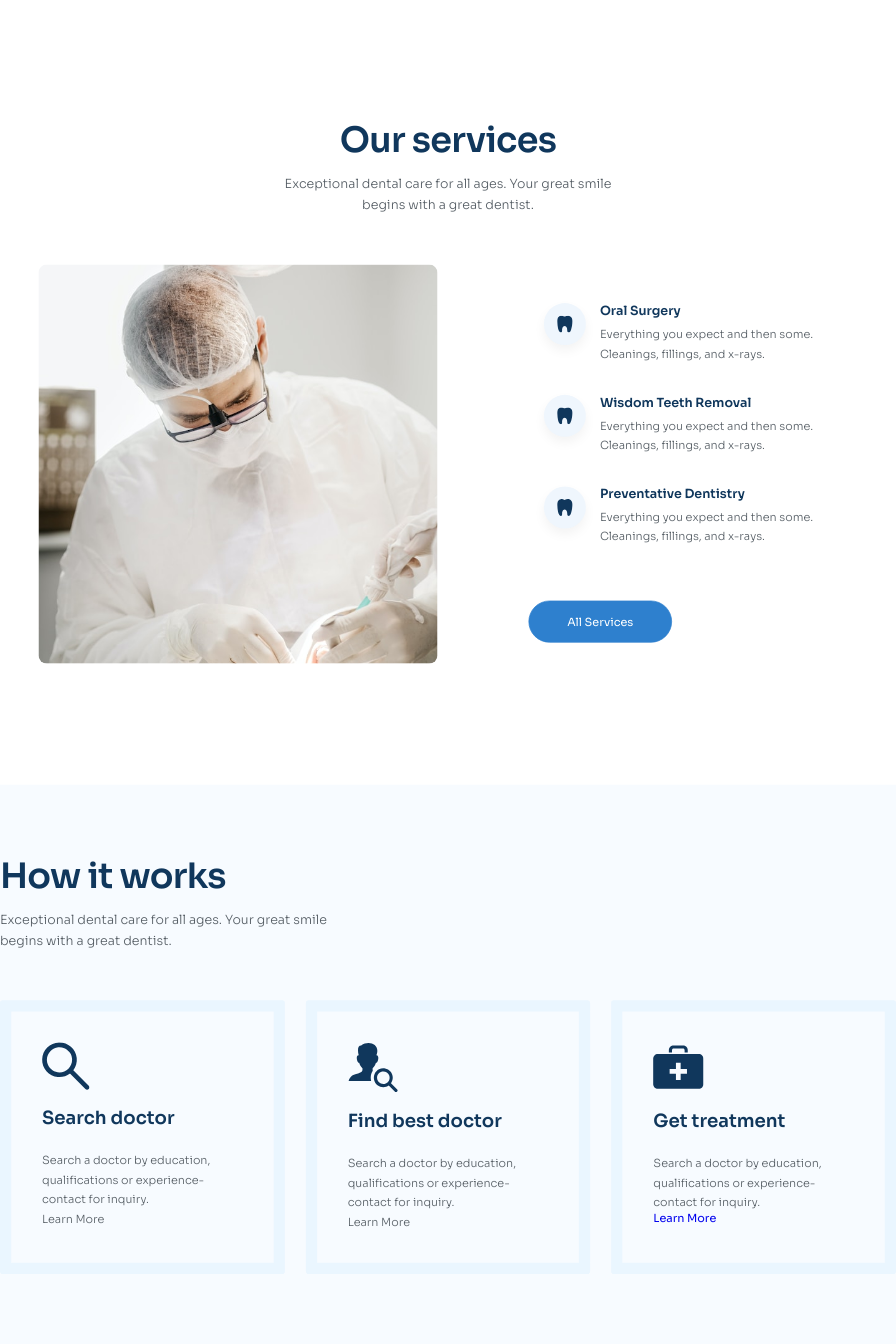
Repository: anhtien111198/f8-htmlcss-03
Page: index.html
The author's editor kept a copy of each file at every save. The page is drawn from the files as they stood at one save, then again after the next save.
The browser window is 1280 px wide. The pictures show the part of the page from y = 720 to 2640 px (the page is 2640 px tall), at 70% of full size.

Above is the page before, as saved 2023-05-13 14:34:40.

After the next save:
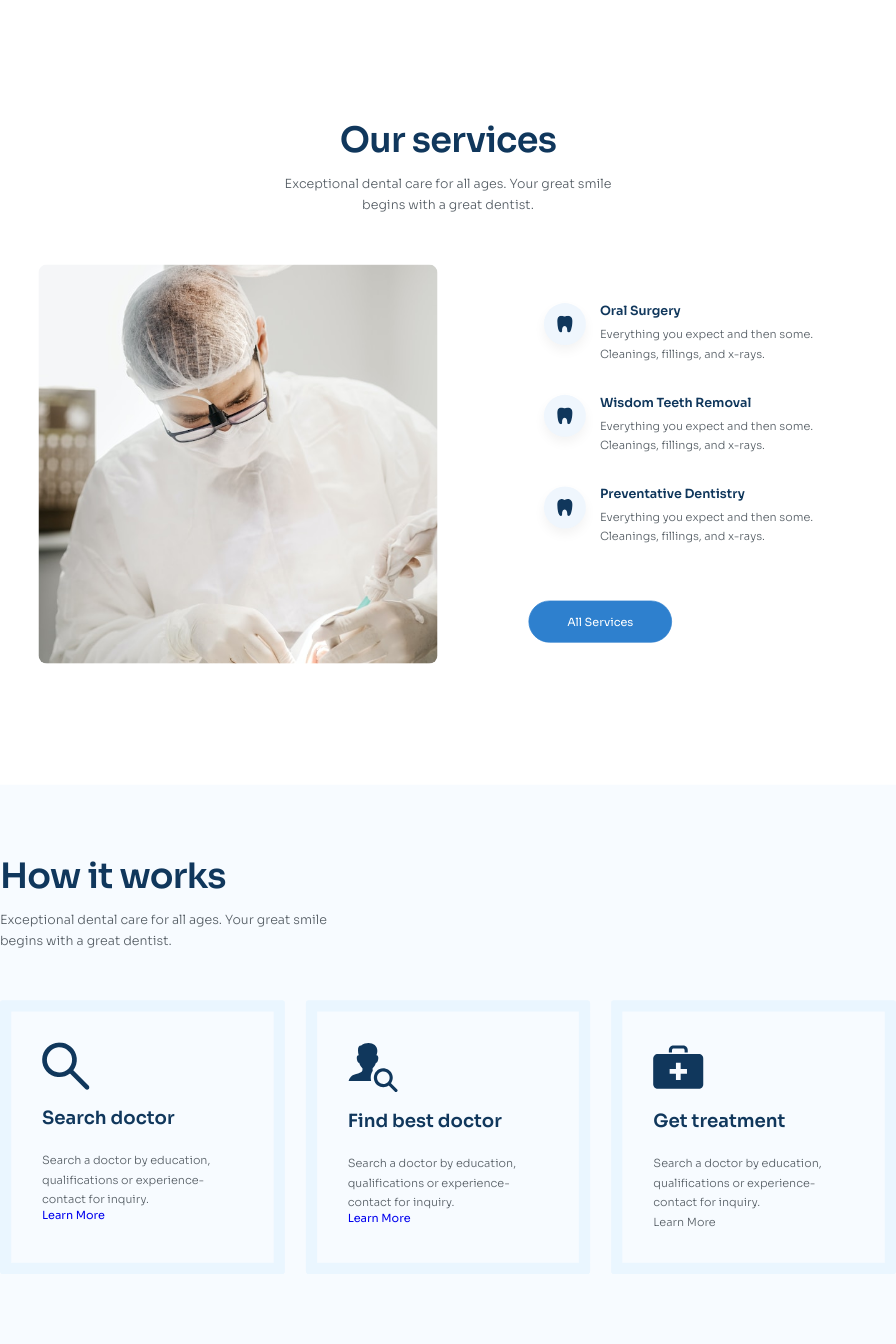
Saved 19 s later.
--- a/assets/css/style.css
+++ b/assets/css/style.css
@@ -306,7 +306,7 @@ a {
     line-height: 1.75;
     color: #575f66;
 }
-.work__more {
+.work-item__more {
     margin-top: 18px;
     font-weight: 300;
     font-size: 1.6rem;
